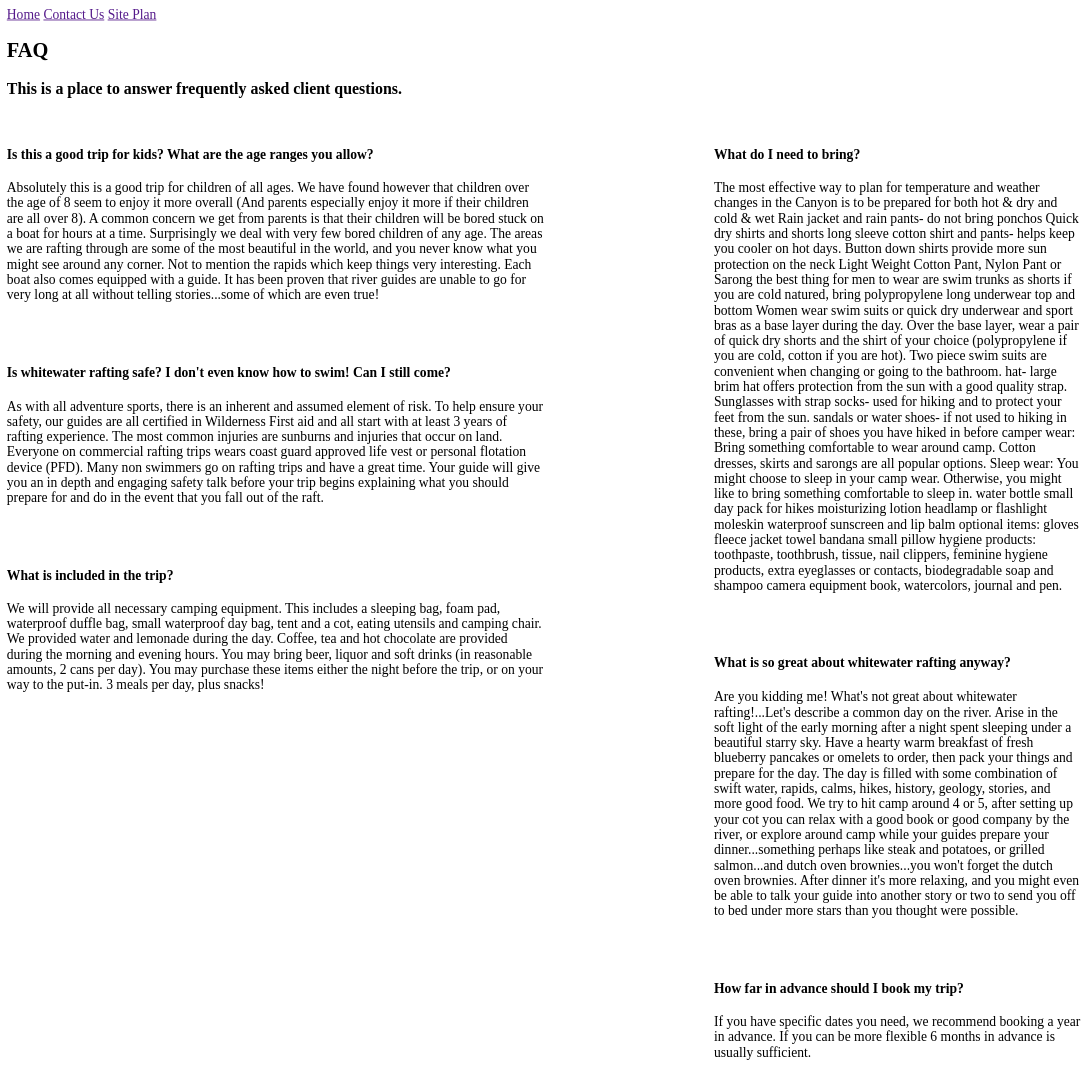
Repository: nak97/WDD-130
Page: wrr/faq.html
These files come from the project's save history. The page is drawn as it stood at one moment and after the next save; the edit follows.
The browser window is 1280 px wide. The pictures show the whole page, at 85% of full size.

Above is the page before, as saved 2023-03-08 10:34:05.

### wrr/faq.html
<!DOCTYPE html>

<nav>
  <head>
    <meta charset="utf-8">
    <meta http-equiv="X-UA-Compatible" content="IE=edge">
    <title>FAQ</title>
    <meta name="description" content="">
    <meta name="viewport" content="width=device-width, initial-scale=1">
    <link rel="stylesheet" href="./styles/faq.css">
  </head>
  <nav>
  <a href="">Home</a>
  <a href="">Contact Us</a>
  <a href="">Site Plan</a>
  </nav>

  <body>

    <h2>
      FAQ
    </h2>
    <h3> This is a place to answer frequently asked client questions.</h3> <br>

    <div class="container">

<div class="colum-1">
  <h4>Is this a good trip for kids? What are the age ranges you allow? </h4>
  <p>Absolutely this is a good trip for children of all ages. We have found however that children over the age of 8 seem to enjoy it more overall (And parents especially enjoy it more if their children are all over 8). A common concern we get from parents is that their children will be bored stuck on a boat for hours at a time. Surprisingly we deal with very few bored children of any age. The areas we are rafting through are some of the most beautiful in the world, and you never know what you might see around any corner. Not to mention the rapids which keep things very interesting. Each boat also comes equipped with a guide. It has been proven that river guides are unable to go for very long at all without telling stories...some of which are even true!</p>   <br><br>

   <h4>Is whitewater rafting safe? I don't even know how to swim! Can I still come?</h4>
    <p> As with all adventure sports, there is an inherent and assumed element of risk. To help ensure your safety, our guides are all certified in Wilderness First aid and all start with at least 3 years of rafting experience. The most common injuries are sunburns and injuries that occur on land.
      Everyone on commercial rafting trips wears coast guard approved life vest or personal flotation device (PFD). Many non swimmers go on rafting trips and have a great time. Your guide will give you an in depth and engaging safety talk before your trip begins explaining what you should prepare for and do in the event that you fall out of the raft.</p>  <br><br>

      <h4>What is included in the trip?</h4>
      <p> We will provide all necessary camping equipment. This includes a sleeping bag, foam pad, waterproof duffle bag, small waterproof day bag, tent and a cot, eating utensils and camping chair.
       We provided water and lemonade during the day. Coffee, tea and hot chocolate are provided during the morning and evening hours. You may bring beer, liquor and soft drinks (in reasonable amounts, 2 cans per day). You may purchase these items either the night before the trip, or on your way to the put-in. 3 meals per day, plus snacks! </p>

</div>

<div class="colum-2">

  <h4>What do I need to bring?</h4>
  <p>The most effective way to plan for temperature and weather changes in the Canyon is to be prepared for both hot & dry and cold & wet Rain jacket and rain pants- do not bring ponchos Quick dry shirts and shorts long sleeve cotton shirt and pants- helps keep you cooler on hot days. Button down shirts provide more sun protection on the neck Light Weight Cotton Pant, Nylon Pant or Sarong the best thing for men to wear are swim trunks as shorts if you are cold natured, bring polypropylene long underwear top and bottom Women wear swim suits or quick dry underwear and sport bras as a base layer during the day. Over the base layer, wear a pair of quick dry shorts and the shirt of your choice (polypropylene if you are cold, cotton if you are hot). Two piece swim suits are convenient when changing or going to the bathroom. hat- large brim hat offers protection from the sun with a good quality strap. Sunglasses with strap socks- used for hiking and to protect your feet from the sun. sandals or water shoes- if not used to hiking in these, bring a pair of shoes you have hiked in before camper wear: Bring something comfortable to wear around camp. Cotton dresses, skirts and sarongs are all popular options. Sleep wear: You might choose to sleep in your camp wear. Otherwise, you might like to bring something comfortable to sleep in. water bottle small day pack for hikes moisturizing lotion headlamp or flashlight moleskin waterproof sunscreen and lip balm optional items: gloves fleece jacket towel bandana small pillow hygiene products: toothpaste, toothbrush, tissue, nail clippers, feminine hygiene products, extra eyeglasses or contacts, biodegradable soap and shampoo camera equipment book, watercolors, journal and pen.</p>  <br><br>

  <h4>What is so great about whitewater rafting anyway?</h4>
  <p>Are you kidding me! What's not great about whitewater rafting!...Let's describe a common day on the river.
   Arise in the soft light of the early morning after a night spent sleeping under a beautiful starry sky. Have a hearty warm breakfast of fresh blueberry pancakes or omelets to order, then pack your things and prepare for the day. The day is filled with some combination of swift water, rapids, calms, hikes, history, geology, stories, and more good food. We try to hit camp around 4 or 5, after setting up your cot you can relax with a good book or good company by the river, or explore around camp while your guides prepare your dinner...something perhaps like steak and potatoes, or grilled salmon...and dutch oven brownies...you won't forget the dutch oven brownies. After dinner it's more relaxing, and you might even be able to talk your guide into another story or two to send you off to bed under more stars than you thought were possible.</p>  <br><br>
 <h4>How far in advance should I book my trip?</h4>
  <p> If you have specific dates you need, we recommend booking a year in advance. If you can be more flexible 6 months in advance is usually sufficient.</p>

</div>
    </div>
  </body>
</html>

### wrr/styles/faq.css





.container {
  display: grid;
  grid-template-columns: repeat(2,1fr);
}


.colum-2 {
  padding-left: 200px;
}

After the next save:
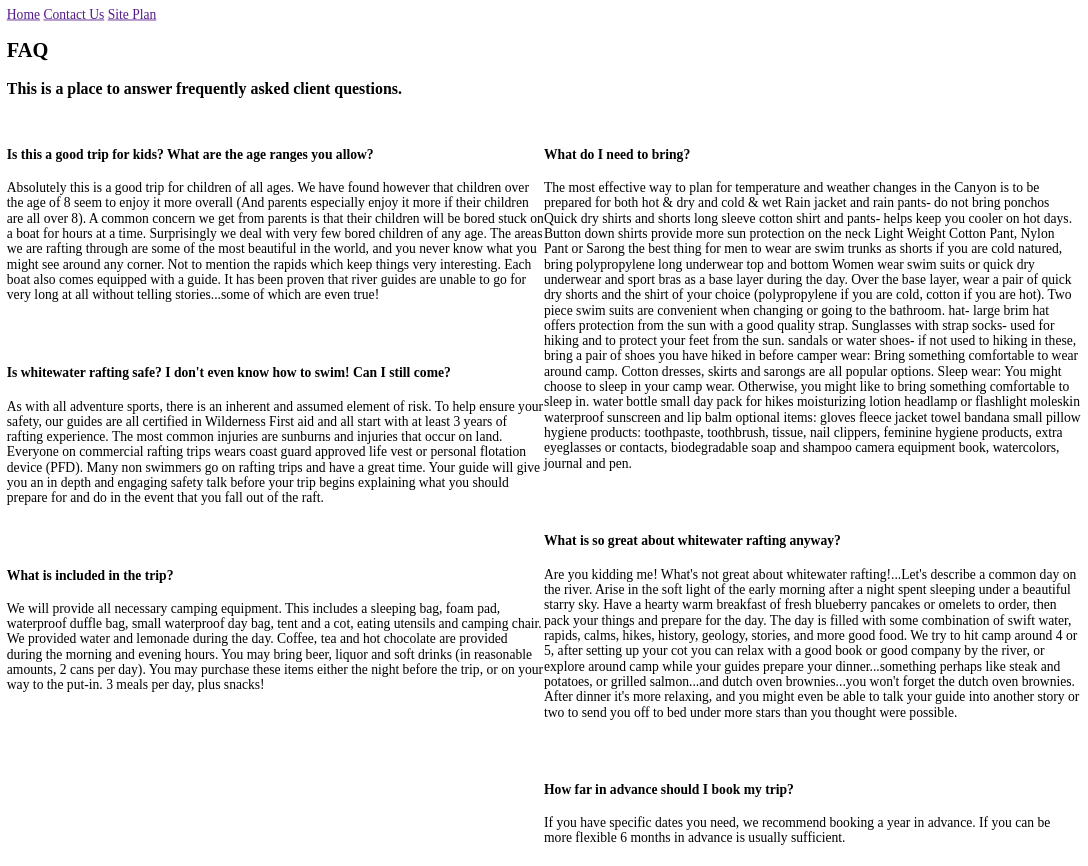
Saved 15 s later.
--- a/wrr/styles/faq.css
+++ b/wrr/styles/faq.css
@@ -10,5 +10,4 @@
 
 
 .colum-2 {
-  padding-left: 200px;
 }
